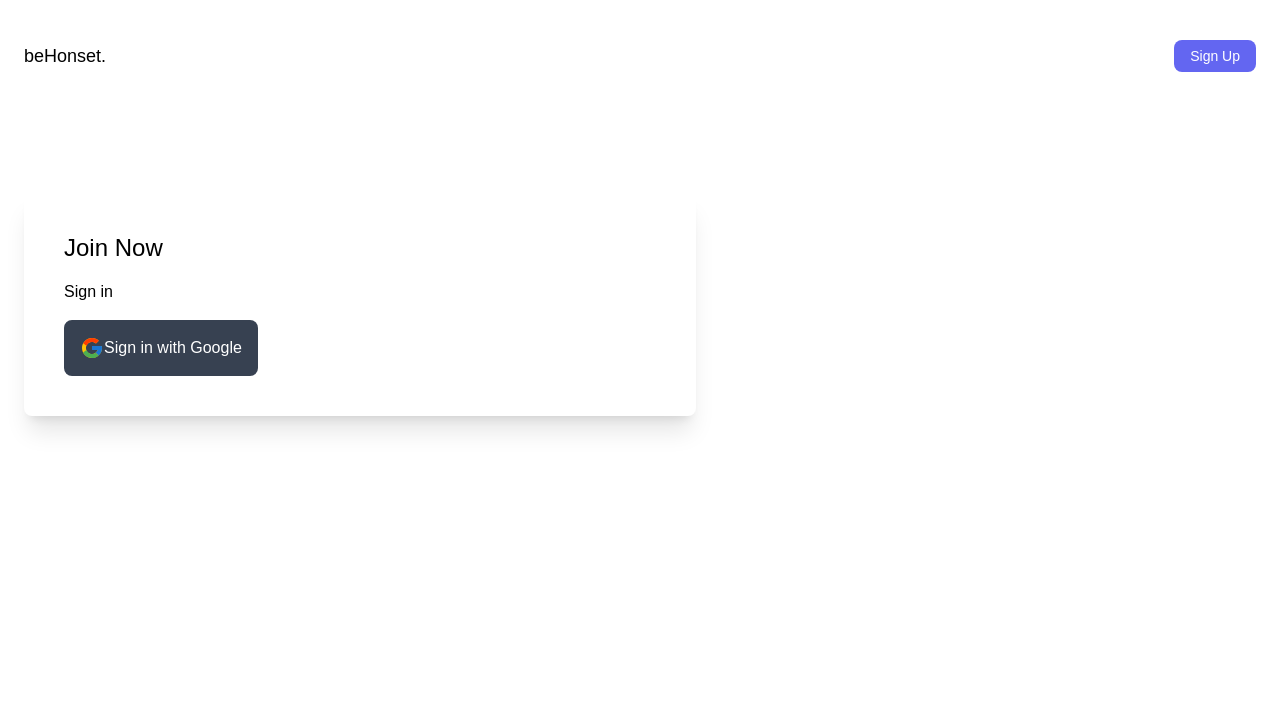
Repository: aidenfine/be-honset
Page: /login
The author's editor kept a copy of each file at every save. The page is drawn from the files as they stood at one save, then again after the next save.
The browser window is 1280 px wide. The pictures show the whole page.
The page's requests for data from a server got no answer. The project was rebuilt for these pictures with package versions that can differ from the ones it lists, and the page was loaded fresh each time. The framework's server and built-in components were replaced by stand-ins that run in the browser. No one was signed in, and anything a server would have sent is missing. Also part of the build but not shown: next.config.js.

Above is the page before, as saved 2022-10-26 20:15:42.

### pages/_app.js
import '../styles/globals.css'
import Layout from '../components/layout'

function MyApp({ Component, pageProps }) {
  return(
    <Layout>
      <Component {...pageProps} />
    </Layout>

  )
}

export default MyApp

### pages/login.js
import { FcGoogle } from "react-icons/fc"
import { signInWithPopup, GoogleAuthProvider} from "firebase/auth"
import { auth } from "../utils/firebase";
import {useRouter} from "next/router"
import { useAuthState } from 'react-firebase-hooks/auth'
import { useEffect } from "react";






export default function Login(){
    const route = useRouter();
    const [user, loading] = useAuthState(auth);

    // Google Sign in

    const googleProvider = new GoogleAuthProvider();
    const GoogleLogin = async () => {
        try {
            const result = await signInWithPopup(auth, googleProvider)
            route.push("/")
            console.log("logged in")
        } catch (error) {
            console.log(error)

        }
    }

    useEffect(()=>{
        if(user){
            route.push('/');
        }else{
            console.log("login")
        }

    }, [user]);
    return(
        <div className="justify-center items-center shadow-xl w-15 md:max-w-2xl mt-20  p-10 text-black rounded-lg bg-white">
            <h2 className="text-2xl font-medium">Join Now</h2>
            <div>
                <h3 className="py-4">Sign in</h3>
                <button onClick={GoogleLogin} className="text-white bg-gray-700 w-65 font font-medium rounded-lg flex align-middle p-4">
                    <FcGoogle className="text-2xl"/>
                    Sign in with Google
                </button>
            </div>
        </div>

    )
}

### styles/globals.css
@tailwind base;
@tailwind components;
@tailwind utilities;


* {
  font-family: 'Montserrat', sans-serif;

}

### components/layout.js
import Nav from "./Nav";

export default function Layout({ children }){
    return(
        <div className="mx-6 md:max-w-10xl md-mx-auto font-montserrat">
            <Nav />
            <main>{children}</main>
        </div>
    )
}

### utils/firebase.js
// Import the functions you need from the SDKs you need
import { initializeApp } from "firebase/app";
import {getAuth} from 'firebase/auth';
import {getFirestore} from 'firebase/firestore'
// TODO: Add SDKs for Firebase products that you want to use
// https://firebase.google.com/docs/web/setup#available-libraries

// Your web app's Firebase configuration
// For Firebase JS SDK v7.20.0 and later, measurementId is optional
const firebaseConfig = {
  apiKey: process.env.NEXT_PUBLIC_API_KEY,
  authDomain: process.env.NEXT_PUBLIC_AUTH_DOMAIN,
  projectId: process.env.NEXT_PUBLIC_PROJECT_ID,
  storageBucket: process.env.NEXT_PUBLIC_STORAGE_BUCKET,
  messagingSenderId: process.env.NEXT_PUBLIC_MESSAGING_SENDER_ID,
  appId: process.env.NEXT_PUBLIC_APP_ID,
  measurementId: process.env.NEXT_PUBLIC_MEASUREMENT_ID
};

// Initialize Firebase
const app = initializeApp(firebaseConfig);
export const auth = getAuth();
export const db = getFirestore(app);

### components/Nav.js
import Link from "next/link"
import { auth } from "../utils/firebase"
import { useAuthState } from "react-firebase-hooks/auth"

export default function Nav(){
    const [user, loading] = useAuthState(auth);

    return(
        <nav className="flex justify-between items-center py-10">
            <Link href="/">
            <button className="text-lg font-medium text-black opacity-87" >beHonset.</button>
            </Link>
            <ul className="flex items-center gap-10">
                {!user && (
                <Link href={"/login"} className="py-1.5 px-4 text-sm bg-indigo-500 text-white opacity-87 rounded-lg font-medium ml-8">Sign Up</Link>
            )}
            {user && (
                <div className="flex items-center gap-6">
                    <Link href="/new-post">
                    <button className="font-medium bg-indigo-500 text-white py-2 px-4 rounded-lg text-sm">Create Post</button>
                    </Link>
                    <Link href="/dashboard">
                        <img className="w-10 rounded-full cursor-pointer" referrerpolicy="no-referrer" src={user.photoURL} />

                    </Link>
                </div>
            )}
            </ul>



        </nav>
    )
}

### tailwind.config.js
/** @type {import('tailwindcss').Config} */
module.exports = {
  content: [
    "./pages/**/*.{js,ts,jsx,tsx}",
    "./components/**/*.{js,ts,jsx,tsx}",
  ],
  darkMode: 'class',
  theme: {
    extend: {
      fontFamily: {
        montserrat: 'Montserrat',
      }
    },
  },
  plugins: [],
}

After the next save:
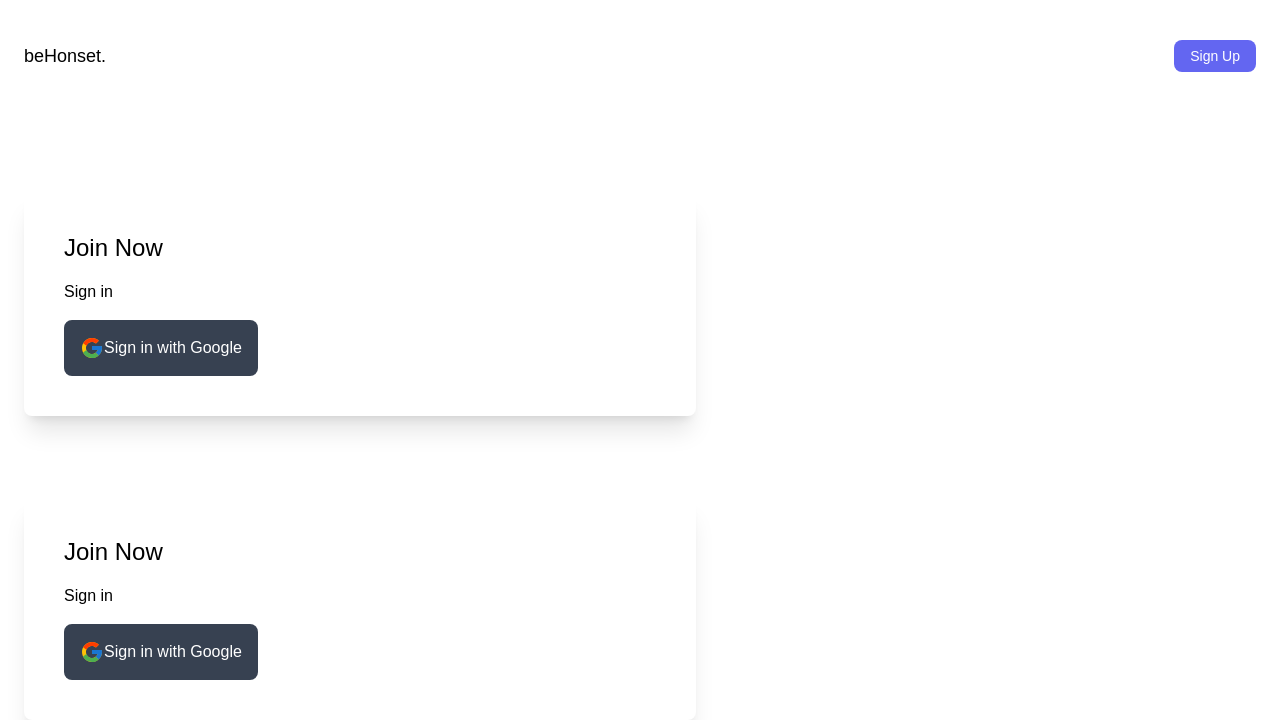
Saved 2 min 18 s later.
--- a/pages/login.js
+++ b/pages/login.js
@@ -37,6 +37,7 @@
 
     }, [user]);
     return(
+    <div>
         <div className="justify-center items-center shadow-xl w-15 md:max-w-2xl mt-20  p-10 text-black rounded-lg bg-white">
             <h2 className="text-2xl font-medium">Join Now</h2>
             <div>
@@ -48,5 +49,18 @@
             </div>
         </div>
 
+        <div className="justify-center items-center shadow-xl w-15 md:max-w-2xl mt-20  p-10 text-black rounded-lg bg-white">
+            <h2 className="text-2xl font-medium">Join Now</h2>
+            <div>
+                <h3 className="py-4">Sign in</h3>
+                <button onClick={GoogleLogin} className="text-white bg-gray-700 w-65 font font-medium rounded-lg flex align-middle p-4">
+                    <FcGoogle className="text-2xl"/>
+                    Sign in with Google
+                </button>
+            </div>
+        </div>
+    </div>
+
+
     )
 }
